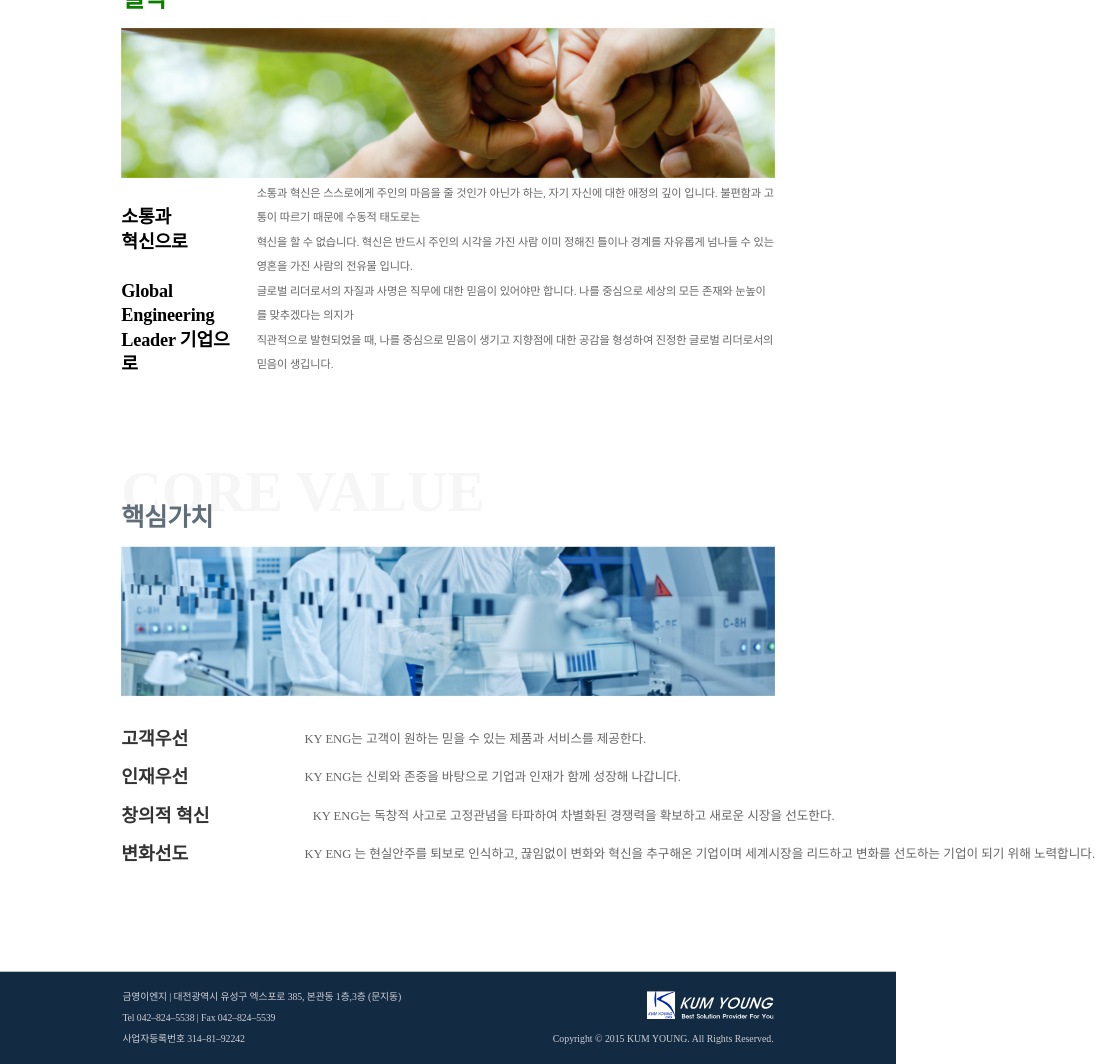
Repository: wogml3270/kumyoungENG
Page: sub/about/about_company.html
The author's editor kept a copy of each file at every save. The page is drawn from the files as they stood at one save, then again after the next save.
The browser window is 1280 px wide. The page is 1564 px wide, so the pictures cover 1564 px, including what lies to the right of the window. The pictures show the part of the page from y = 1513 to 3073 px (the page is 3033 px tall before and 3073 px after), at 70% of full size.
Some web fonts or font styles are not loaded; a fallback is used.

Above is the page before, as saved 2022-07-25 14:40:48.

### sub/about/about_company.html
<!DOCTYPE html>
<html lang="ko">
    <head>
        <meta charset="UTF-8" />
        <meta http-equiv="X-UA-Compatible" content="ie=edge" />
        <meta name="viewport" content="width=device-width, initial-scale=1.0" />
        <link rel="stylesheet" href="./../css/reset.css" />
        <link rel="stylesheet" href="./../css/about_company.css" />
        <link rel="stylesheet" href="./../css/about_banner.css">
        <link rel="stylesheet" href="./../css/snb_bar.css">
        <link rel="stylesheet" href="../../css/header.css">
        <link rel="stylesheet" href="../../css/footer.css">
        <link rel="stylesheet" href="/css/media.css">
        <script src="https://ajax.googleapis.com/ajax/libs/jquery/3.5.1/jquery.min.js"></script>
        <script src="http://ajax.aspnetcdn.com/ajax/jQuery/jquery-1.12.4.min.js"></script>
        <script src="https://code.jquery.com/jquery-1.12.4.min.js"></script>
        <script src="../../js/script.js"></script>
        <script src="../../js/snb_bar.js"></script>
        <title>회사소개_기업정신</title>
    </head>
    <body>
        <div id="header"></div>
        <div id="wrap">
            <div class="about-banner">
                <p>KUM YOUNG ENG</p>
                <span></span>
                <h3>회사소개</h3>
                <!-- <img src="./../images/company-banner-image.png" alt="배너 이미지"> -->
            </div>

            <div class="snb">
                <a href="/">homeimg</a>

                    <ul class="snb_box">
                        <li><a href="">회사소개<img src="./../images/Vector 1.png" alt=""></a></li>
                        <li>
                            <a href="/sub/about/about_company.html">기업정신<img src="./../images/Vector 1.png" alt=""></a>
                            <ol class="lnb">
                                <li><a href="/sub/about/about_greeting.html">인사말</a></li>
                                <!-- <li><a href="/sub/about/about_company.html">기업정신</a></li> -->
                                <li><a href="/sub/about/about_management.html">경영이념</a></li>
                                <li><a href="">ESG경영</a></li>
                                <li><a href="/sub/about/about_history.html">연혁</a></li>
                                <li><a href="/sub/about/about_org.html">조직도</a></li>
                                <li><a href="/sub/about/about_branch.html">지사/해외법인</a></li>
                                <li><a href="/sub/about/about_wayto.html">오시는길</a></li>
                            </ol>
                        </li>
                    </ul>
              </div>

            <section id="mind">
                <h2>기업정신</h2>

                <article class="vision">
                    <h3>VISION</h3>
                    <h4>비전</h4>

                    <img src="./../images/vision-image.png" alt="행복한 삶과 Engineering Solution">


                    <div class="firsttx">
                        <p>
                            행복한 삶과 <br />
                            Engineering Solution
                        </p>

                        <p>
                            인간과 기술의 유기적인 관계와 행복한 삶을 유지 시킬수 있는 솔루션 기업으로
                            고객의 가치를 최우선으로 하고 행복한 삶을 영위할 수 있도록 엔지니어링 <br />
                            분야에서 최고의 솔루션기업이 될 것입니다.
                        </p>
                    </div>
                </article>

                <article class="mission">
                    <h3>MISION</h3>
                    <h4>철학</h4>
                    <img src="./../images/mission-image.png" alt="소통과 혁신으로 Global Engineering Leader 기업으로">

                    <table class="secondtx">
                        <tr>
                            <th>
                                소통과 <br />
                                혁신으로
                            </th>

                            <td>
                                소통과 혁신은 스스로에게 주인의 마음을 줄 것인가 아닌가 하는, 자기 자신에 대한 애정의 깊이 입니다.
                                불편함과 고통이 따르기 때문에 수동적 태도로는 <br />
                                혁신을 할 수 없습니다. 혁신은 반드시 주인의 시각을 가진 사람 이미 정해진 틀이나
                                경계를 자유롭게 넘나들 수 있는 영혼을 가진 사람의 전유물 입니다.
                            </td>
                        </tr>

                        <div>
                            <th>
                                Global Engineering <br />
                                Leader 기업으로
                            </th>

                            <td>
                                글로벌 리더로서의 자질과 사명은 직무에 대한 믿음이 있어야만 합니다.
                                나를 중심으로 세상의 모든 존재와 눈높이를 맞추겠다는 의지가 <br />
                                직관적으로 발현되었을 때, 나를 중심으로 믿음이 생기고 지향점에 대한 공감을 형성하여
                                진정한 글로벌 리더로서의 믿음이 생깁니다.
                            </td>
                        </div>
                    </table>
                </article>

                <article class="core_value">
                    <h3>CORE VALUE</h3>
                    <h4>핵심가치</h4>

                    <img src="./../images/value-image.png" alt="핵심가치">
                    <div class="thirdtx">
                        <dl>
                            <dt>고객우선</dt>
                            <dd>KY ENG는 고객이 원하는 믿을 수 있는 제품과 서비스를 제공한다.</dd>
                        </dl>
                        <dl>
                            <dt>인재우선</dt>
                            <dd>KY ENG는 신뢰와 존중을 바탕으로 기업과 인재가 함께 성장해 나갑니다.</dd>
                        </dl>
                        <dl>
                            <dt>창의적 혁신</dt>
                            <dd>KY ENG는 독창적 사고로 고정관념을 타파하여 차별화된 경쟁력을 확보하고 새로운 시장을 선도한다.</dd>
                        </dl>
                        <dl>
                            <dt>변화선도</dt>
                            <dd>KY ENG 는 현실안주를 퇴보로 인식하고, 끊임없이 변화와 혁신을 추구해온 기업이며 세계시장을 리드하고 변화를 선도하는 기업이 되기 위해 노력합니다.</dd>
                        </dl>
                    </div>

                </article>
            </section>
        </div>
        <div id="footer"></div>
    </body>
</html>

### sub/css/reset.css
@charset "UTF-8";

* {
    margin: 0;
    padding: 0;
  }

  body,
  html {
    width: 100%;
    height: 100%;
    font-family: "Pretendard";
  }

  ul,
  li {
    list-style: none;
    text-decoration: none;
  }

  a:link,
  a:visited,
  a:hover,
  a:active {
    color: #fff;
    text-decoration: none;
  }

### sub/css/about_company.css
@charset "utf-8";

@import url("https://cdn.jsdelivr.net/gh/orioncactus/pretendard@v1.3.4/dist/web/static/pretendard.css");

table{
  border-collapse: collapse;
}
tr,th,td{
  text-align: left;
  letter-spacing: -0.01em;
  font-family: 'Pretendard';
  font-style: normal;
}
tr{
  padding-bottom: 40px;
}
th{
  font-weight: 600;
  font-size: 26px;
  line-height: 35px;
  padding-right: 3%;
}
td{
  font-weight: 400;
  line-height: 35px;
  color: #666666;
}

#wrap > img {
  width: 100%;
  height: auto;
}

#mind {
  width: 100%;
  padding-top: 110px;
}

#mind > h2 {
  color: #333;
  font-size: 24px;
  font-weight: 600;
  text-align: center;
}

article {
  width: 72.916%;
  margin-left: 13.5416%;
  margin-top: 120px;
}

article > h3 {
  color: #f6f6f6;
  font-size: 80px;
  font-weight: 800;
}

article > h4 {
  font-size: 36px;
  font-weight: 600;
  letter-spacing: -0.01em;
  position: relative;
  top: -40px;
}

article > img {
  width: 100%;
  margin-top: -20px;
}

.vision > h4 {
  color: #004170;
}

.firsttx {
  display: flex;
  flex-flow: row nowrap;
  justify-content: space-between;
  margin-top: 40px;
}
.firsttx > p {
  line-height: 35px;
  letter-spacing: -0.01em;
}
.firsttx > p:nth-child(1) {
  color: #333;
  font-size: 26px;
  font-weight: 600;
  margin-right: 10px;
}
.firsttx > p:nth-child(2) {
  color: #666;
  font-weight: 400;
  font-size: 18px;
}

.mission > h4 {
  color: #0B7E00;
}
.secondtx > div {
  display: flex;
  flex-flow: row nowrap;
  justify-content: flex-start;
  margin-top: 40px;
  line-height: 35px;
}

.secondtx > div > p {
  word-break: keep-all;
}

.secondtx > div:nth-child(1) > p:nth-child(1){
  margin-right: 249px;
}
.secondtx > div:nth-child(2) > p:nth-child(1){
  margin-right: 116px;
}

.secondtx > div > p:nth-child(1){
  color: #333;
  font-size: 26px;
  font-weight: 600;
}
.secondtx > div > p:nth-child(2){
  color: #666;
  font-size: 18px;
  font-weight: 400;
}

.core_value > h4 {
  color: #606E79;
}

.thirdtx {
  margin-top: 40px;
}

.thirdtx > dl {
  display: flex;
  flex-flow: row nowrap;
  justify-content: flex-start;
  margin-bottom: 20px;
}

.thirdtx > dl:last-child {
  margin-bottom: initial;
}

.thirdtx > dl > dt {
  color: #333;
  font-size: 26px;
  font-weight: 600;
  line-height: 35px;
  white-space: nowrap;
}

.thirdtx > dl > dd {
  color: #666;
  font-size: 18px;
  font-weight: 400;
  line-height: 35px;
  margin-left: 17.7857%;
  white-space: nowrap;
}

.thirdtx > dl:nth-child(3) > dd {
  margin-left: 15.7857%;
}

@media screen and (max-width: 899px){

  article{
    width: 80%;
    margin: 120px auto;
  }

  article > h3 {
    font-size: 50px;
  }

  article > h4 {
    font-size: 25px;
  }
  article > div > p:nth-child(1){
    font-size: 20px;
  }
  article > div > p:nth-child(2){
    font-size: 15px;
  }
  .firsttx{
      display: block;
  }
  .firsttx > p:nth-child(1) {
    font-size: 20px;
    margin-right: 0;
  }
  .firsttx > p:nth-child(2){
    font-size: 15px;
  }

  .secondtx > div {
    display: block;
    line-height: 29px;
  }
  .secondtx > div:nth-child(1) > p:nth-child(1){
    margin-right: 0;
    margin-bottom: 10px;
  }

  .secondtx > div:nth-child(2){
    display: block;
  }

  .secondtx > div > p > br {
    display: none;
  }
  .secondtx > div > p:nth-child(1){
    font-size: 20px;
    margin-right: 0;
  }

  .secondtx > div:nth-child(2) > p:nth-child(1) {
    margin-bottom: 10px;
    margin-right: 0;
  }

  .secondtx > div > p:nth-child(2){
    word-break: keep-all;
    font-size: 16px;
  }
  .thirdtx > dl{
    flex-direction: column;
    font-family: 'Pretendard';
    font-style: normal;
  }
  .thirdtx > dl > dt{
    font-size: 20px;
  }
  .thirdtx > dl > dd{
    font-size: 15px;
    margin-left: 3.5%;
    white-space: normal;
  }
  .thirdtx > dl:nth-child(3) > dd{
    margin-left: 3.5%;
  }

}

### sub/css/about_banner.css
@charset "UTF-8";

.about-banner{
    width: 100%;
    height: 500px;
    background: url(../../images/company-banner-image.png) no-repeat center center;
    background-size: cover;
    display: flex;
    flex-direction: column;
    align-items: center;
    justify-content: center;
  }
  .about-banner p{
    font-family: 'Pretendard';
    font-style: normal;
    font-weight: 400;
    font-size: 16px;
    line-height: 20px;
    text-align: center;
    letter-spacing: -0.01em;
    color: #FFFFFF;
  }
  .about-banner span{
    width: 40px;
    height: 1px;
    background: #FFFFFF;
    margin: 16px 0;
  }
  .about-banner h3{
    font-family: 'Pretendard';
    font-style: normal;
    font-weight: 700;
    font-size: 24px;
    line-height: 24px;
    text-align: center;
    letter-spacing: -0.01em;
    color: #FFFFFF;
  }

### sub/css/snb_bar.css
@charset "utf-8";

ul,li {
    list-style: none;
    text-decoration: none;
}

a:link,
a:visited,
a:hover,
a:active {
    color: #fff;
    text-decoration: none;
}

.snb {
    position: relative;
    top: -26px;
    width: 72.916%;
    height: 60px;
    margin: 0 auto;
    background-color: #fff;
    border: 1px solid #ddd;
    box-sizing: border-box;
    box-shadow: 0px 4px 15px rgba(0, 0, 0, 0.1);
    z-index: 1;
}

.snb > a {
    position: absolute;
    top: -1px;
    left: -1px;
    display: block;
    width: 65px;
    height: 60px;
    text-indent: -9999px;
    background-color: #004170;
    background-image: url(./../images/Group.png);
    background-position: center center;
    background-repeat: no-repeat;
}

.snb > a {
    display: block;
    width: 65px;
    height: 60px;
}

.snb_box {
    display: flex;
    flex-flow: row nowrap;
    /* margin-left: 20.5px; */
    margin-left: 64px;
    margin-top: 0;

}

.snb_box > li {
    position: relative;
    text-indent: 20.5px;
    /* text-indent: 30%; */
    width: 209px;
    height: 60px;
    line-height: 60px;
    border-right: 1px solid #ddd;
    box-sizing: border-box;
}

.snb_box > li > a {
    display: block;
    height: 60px;
    color: #333;
    font-family: 'Pretendard';
    font-style: normal;
    font-weight: 400;
    font-size: 16px;
}

.snb_box > li > a > img {
    position: absolute;
    top: 22.5px;
    left: 80%;

}

.snb_box > li:last-child > a:hover > img {
    transform: rotate(90deg);
    transition: 0.3s;
}

.lnb {
    display: none;
    position: absolute;
    width: 100%;
    padding: 0;
    border: 1px solid #DDDDDD;
    border-top: none;
    background-color: #fff;
}

.lnb > li > a {
    color: #333;
    display: block;
    font-family: 'Pretendard';
    font-style: normal;
    font-weight: 400;
    font-size: 16px;
}

.lnb > li > a:hover {
    background-color: #F5F5F5;
}

@media screen and (max-width: 899px){
    .snb{
        height: 40px;
    }
    .snb > a{
        width: 45px;
        height: 40px;
    }
    .snb_box > li{
        height: 40px;
        line-height: 40px;
    }
    .snb_box > li > a{
        height: 40px;
        font-size: 13px;
    }
    .snb_box > li > a > img{
        top: 13.5px;
    }
    .lnb > li > a{
        font-size: 13px;
    }
}

### css/footer.css
@charset "utf-8";

@import url("https://cdn.jsdelivr.net/gh/orioncactus/pretendard@v1.3.4/dist/web/static/pretendard.css");

body {
    margin: 0 auto;
    padding: 0;
}

footer {
    position: relative;
    width: 100%;
    height: 132px;
    font-family: 'Pretendard';
    font-size: 14px;
    font-weight: 400;
    background-color: #122B42;
    display: flex;
    align-items: center;
    justify-content: space-between;
    margin-top: 150px;
}

footer > address {
    color: #CECED5;
    line-height: 30px;
    font-style: normal;
    letter-spacing: -0.01em;
    margin-left: 13.663%;
}

footer > .footer-right{
    display: flex;
    flex-direction: column;
    align-items: flex-end;
    margin-right: 13.663%;
}
footer > .footer-right .logo {
    margin-bottom: 16px;
    display: block;
}

footer > .footer-right span {
    color: #CECED5;
}

### css/media.css
@charset "utf-8";

@media only screen and (min-width: 899px){
    .header_gnb_mobile{
        position: absolute;
        top: -9999px;
    }
}
    /* 모바일 가로, 타블렛 세로 */
@media only screen and (max-width: 899px) {

    /* header */
    .header{
        height: 120px;
        flex-direction: column;
    }
    .header > a{
        margin: 27px 10px 0 10px;
        z-index: 9999;
    }
    .header > a > img{
        width: 120px;
    }
    .header_gnb{
        display: none;
    }
    .header > .right{
        margin-right: 0;
        width: 100%;
    }
    .header > .right > .lang{
        position: absolute;
        top: 30px;
        left: 20px;
    }
    .header > .right > .lang > a{
        font-size: 11px;
    }
    .header_gnb_mobile{
        padding-top: 80px;
        width: 100%;
        background: #ffffff;
        position: absolute;
        top: 0;
    }
    .header_gnb_mobile > li{
        padding: 15px 20px;
        cursor: pointer;
        border-bottom: 1px solid #cccccc;
        position: relative;
    }
    .header_gnb_mobile > li::before{
        content: ">";
        position: absolute;
        right: 25px;
        font-family: 'Pretendard';
        font-style: normal;
        font-weight: 400;
        font-size: 20px;
        color: #9c9c9c;
        transform: rotate(90deg);
        transition: 0.3s;
    }
    .header_gnb_mobile > li > a{
        color: #333333;
        font-family: 'Pretendard';
        font-style: normal;
        font-weight: 400;
    }
    .header_gnb_mobile_toggle{
        display: block;
        z-index: 9999;
    }
    .header_gnb_mobile > li > ul > li{
        margin-left: 20px;
        margin-top: 5px;
    }
    .header_gnb_mobile > li > ul > li > a{
        position: relative;
        font-family: 'Pretendard';
        font-style: normal;
        font-weight: 400;
        font-size: 13px;
        line-height: 18px;
        letter-spacing: -0.01em;
        color: #5B5D7E;
    }
    .header_gnb_mobile > li > ul > li > a::before{
        content: "";
        background: #333333;
        width: 3px;
        height: 3px;
        border-radius: 50%;
        position: absolute;
        left: -11px;
        top: 6px;
    }

    /* main */
    .main_slide > ul > li{
        padding: 0;
        width: 25%;
        text-align: center;
    }
    .tab_menu{
        width: 100%;
    }
    .tab_menu .active::after{
        content: "";
        position: absolute;
        width: 95%;
        height: 63px;
        background: none;
        border: 3px solid #0b7e00;
        left: 10px;
        bottom: 0;
    }
    .tab_menu > .list{
        text-align: center;
        align-items: center;
        justify-content: center;
        flex-direction: column;
    }
    .tab_menu > .list > li{
        width: 100%;
        margin-right: 0;
        padding: 20px 0;
    }
    .tab_menu > .list > li.active{
        font-weight: 900;
    }
    .content01_area{
        height: 1078px;
    }
    .content01_box{
        flex-direction: column;
    }
    .content01_img{
        margin-right: 0;
        text-align: center;
    }
    .content01_img img{
        margin-right: 0;
    }
    .content01_img2 img{
        width: 90%;
    }
    .content01_caption{
        margin: 10px 0;
        width: 80%;
    }
    .content02{
        height: auto;
    }
    .content02 > h2{
        width: 100%;
        text-align: center;
    }
    .content02_box{
        flex-direction: column;
        justify-content: center;
        align-items: center;
        margin: 100px auto;
        gap: 60px;
        width: 90%;
    }
    .content02_box img{
        width: 100%;
    }
    .content02_txt_box{
        top: 172px;
        width: 90%;
        left: 20px;
    }

    .content03_box{
        width: 100%;
    }
    .content03_box_title{
        width: 80%;
    }
    .content03_box_sub{
        width: 80%;
    }

    /* footer */
    footer{
        flex-direction: column;
        justify-content: space-around;
        height: 250px;
    }
    footer > address{
        margin-left: 0;
        text-align: center;
        font-size: 16px;
        width: 80%;
    }
    footer > .footer-right{
        flex-direction: column;
        align-items: center;
        margin: 0 15px;
    }
}

### sub/about/footer.html
<footer>
    <address>
        금영이엔지 | 대전광역시 유성구 엑스포로 385, 본관동 1층,3층 (문지동) <br />
        Tel 042&ndash;824&ndash;5538 | Fax 042&ndash;824&ndash;5539 <br />
        사업자등록번호 314&ndash;81&ndash;92242
    </address>

    <div class="footer-right">
        <a href="#" class="logo">
            <img src="/images/logo-footer.svg" alt="">
        </a>
        <span>Copyright &copy; 2015 KUM YOUNG. All Rights Reserved.</span>
    </div>

</footer>

Loaded but not shown: js/script.js (36 lines, source omitted); js/snb_bar.js (14 lines, source omitted); sub/about/header.html (358 lines, source omitted); css/header.css (302 lines, source omitted)

After the next save:
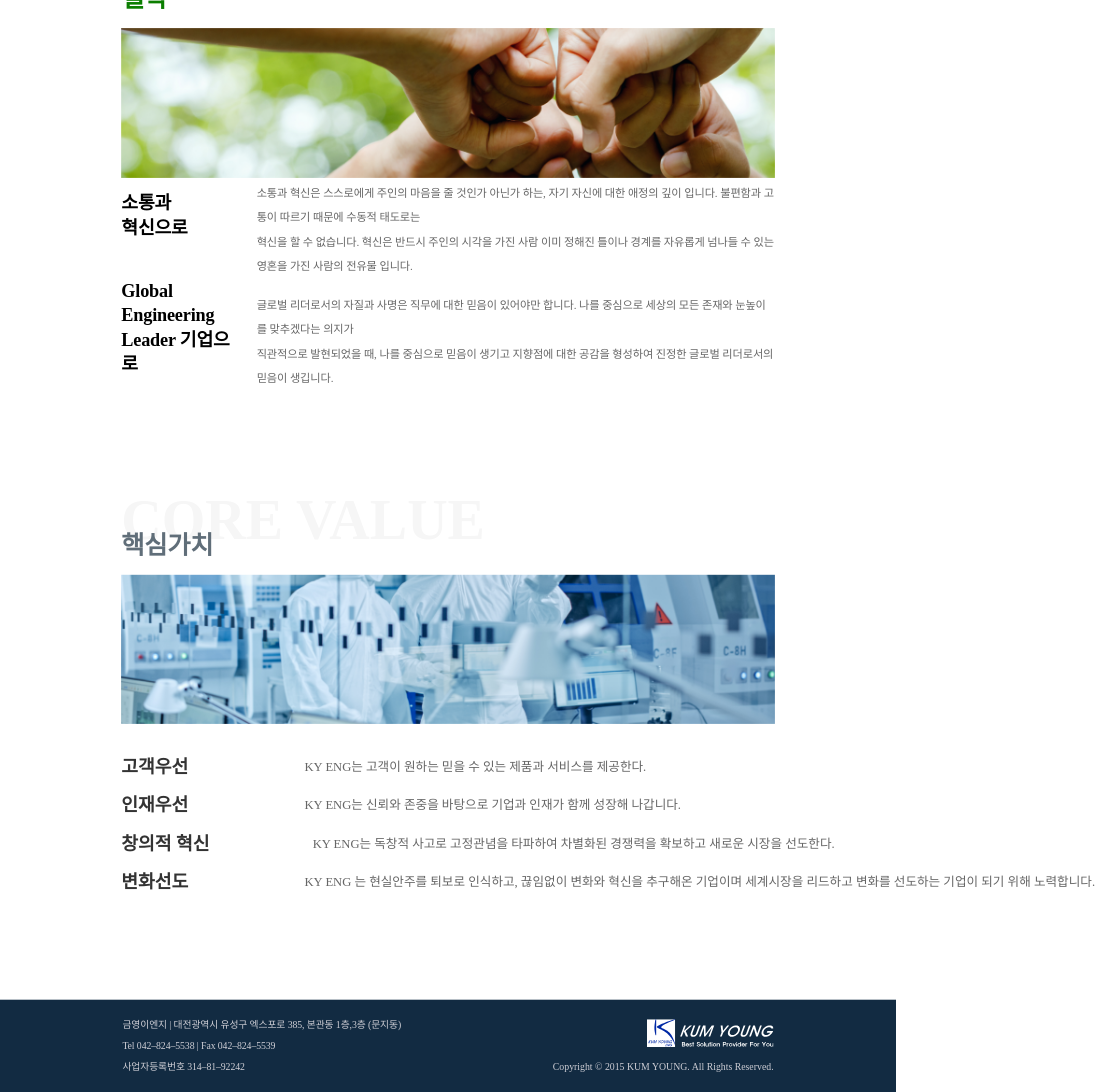
Saved 48 s later.
--- a/sub/css/about_company.css
+++ b/sub/css/about_company.css
@@ -11,14 +11,12 @@
   font-family: 'Pretendard';
   font-style: normal;
 }
-tr{
+th{
+  font-weight: 600;
+  font-size: 26px;
+  line-height: 35px;
+  padding-right: 3%;
   padding-bottom: 40px;
-}
-th{
-  font-weight: 600;
-  font-size: 26px;
-  line-height: 35px;
-  padding-right: 3%;
 }
 td{
   font-weight: 400;
